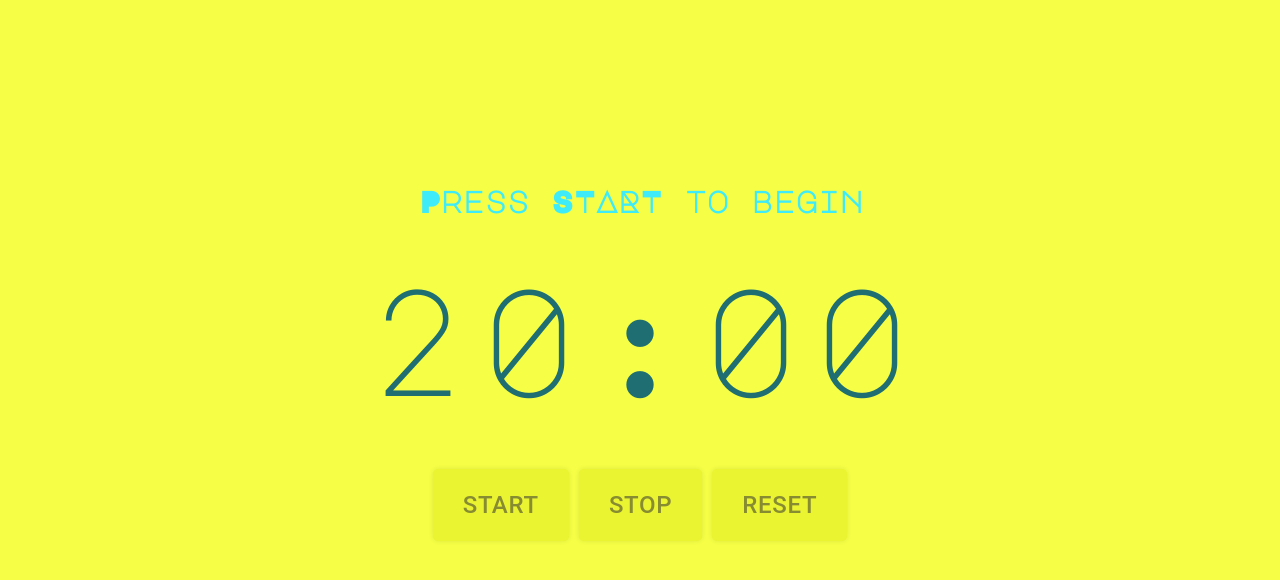
Repository: realistmccoy/pomodoro
Page: /
These files come from the project's save history. The page is drawn as it stood at one moment and after a run of saves; the edit follows.
The browser window is 1280 px wide. The pictures show the whole page.
The project was rebuilt for these pictures with package versions that can differ from the ones it lists, and the page was loaded fresh each time.

Above is the page before, as saved 2020-12-10 01:04:33.

After the next 2 saves:
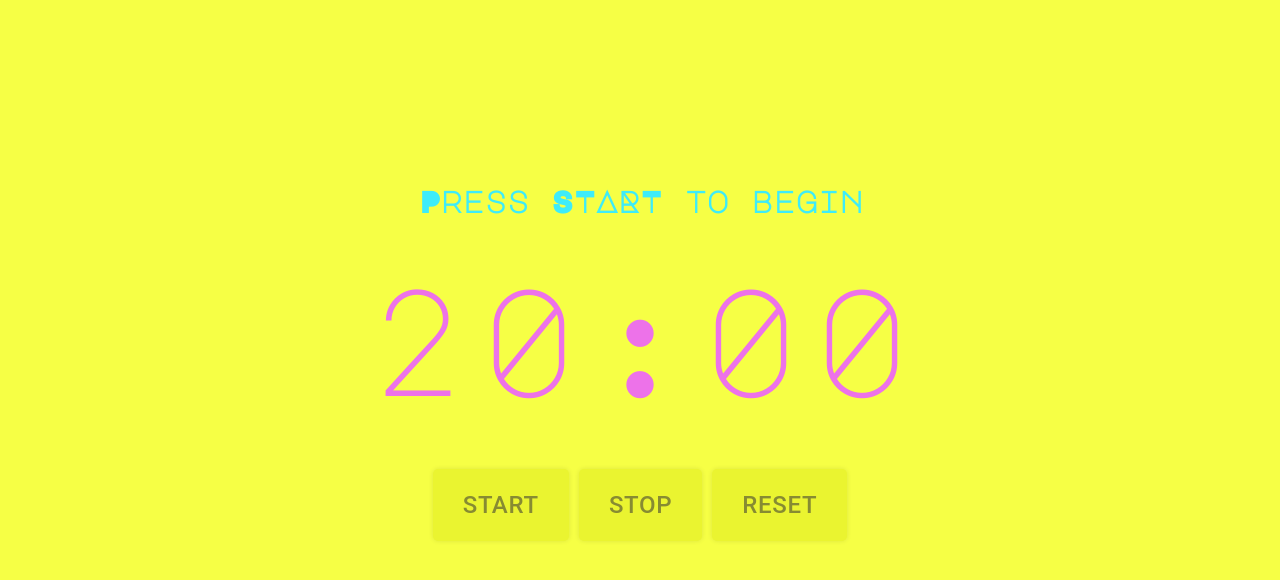
The 2 saves are shown as one change because they came seconds apart.
The last was saved 19 s later.
--- a/src/App.css
+++ b/src/App.css
@@ -31,7 +31,7 @@ h2 {
 }
 
 .timer {
-  color: #1f6e72;
+  color: #ed72e9;
   font-size: 150px;
   margin-bottom: 20px;
 }
